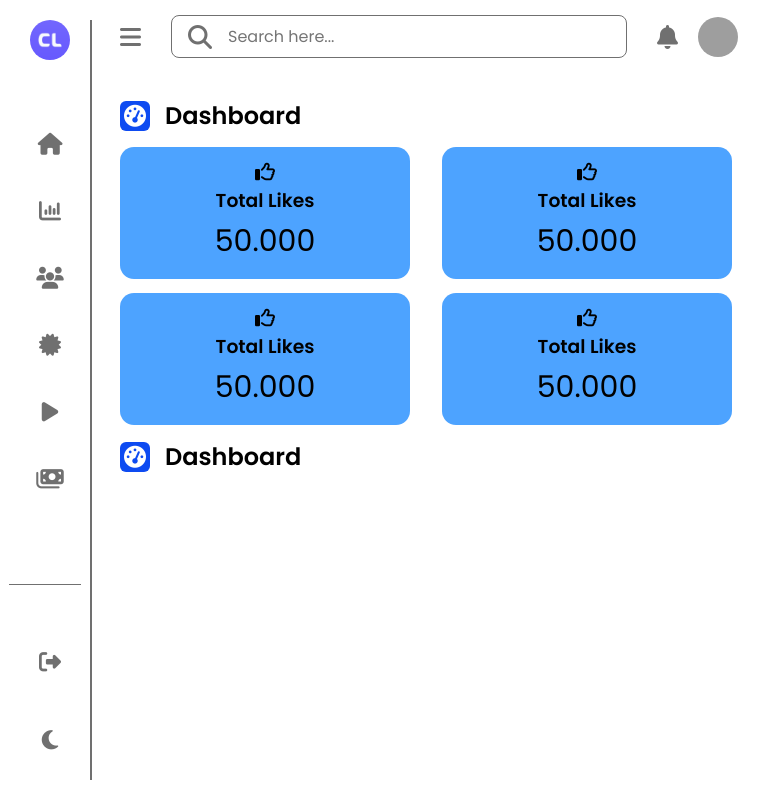
Repository: phamngocthang/practice-html-css
Page: Admin/dist/index.html
These files come from the project's save history. The page is drawn as it stood at one moment and after a run of saves; the edit follows.
The browser window is 768 px wide. The pictures show the whole page.
Pictures or frames that could not be fetched are drawn as grey boxes. The style sheet was rebuilt from its Sass, Less or Tailwind sources for each picture, by a compiler version that may differ from the author's.

Above is the page before, as saved 2023-10-25 13:52:28.

After the next 2 saves:
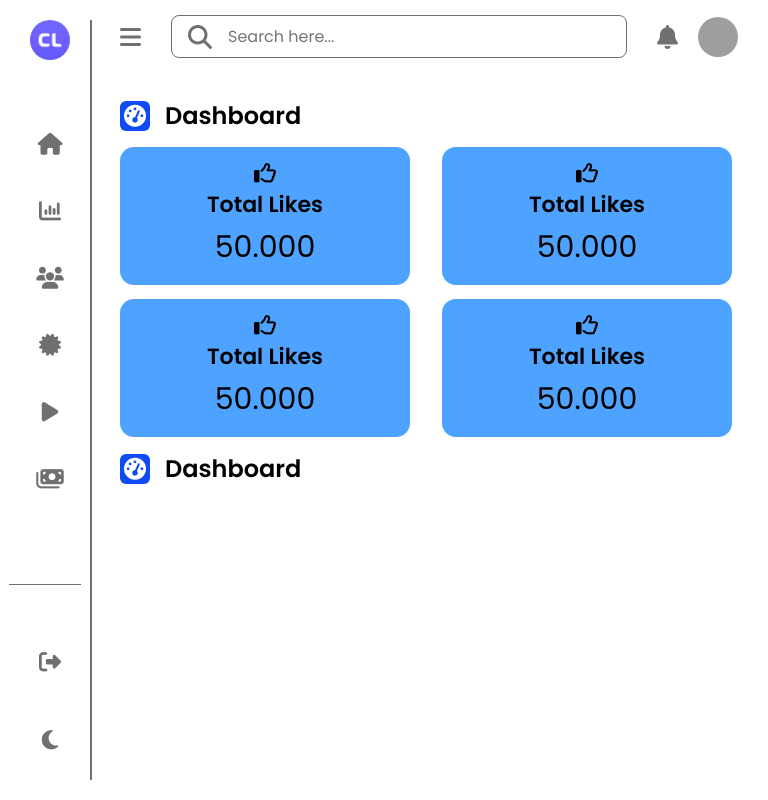
The 2 saves are shown as one change because they came seconds apart.
The last was saved 10 s later.
--- a/Admin/scss/main.scss
+++ b/Admin/scss/main.scss
@@ -389,11 +389,11 @@ nav.close {
                     margin-top: 14px;
 
                     &__icon {
-                        font-size: 20px;
+                        font-size: 22px;
                     }
 
                     &__title {
-
+                        font-size: 22px;
                     }
 
                     &__number {
